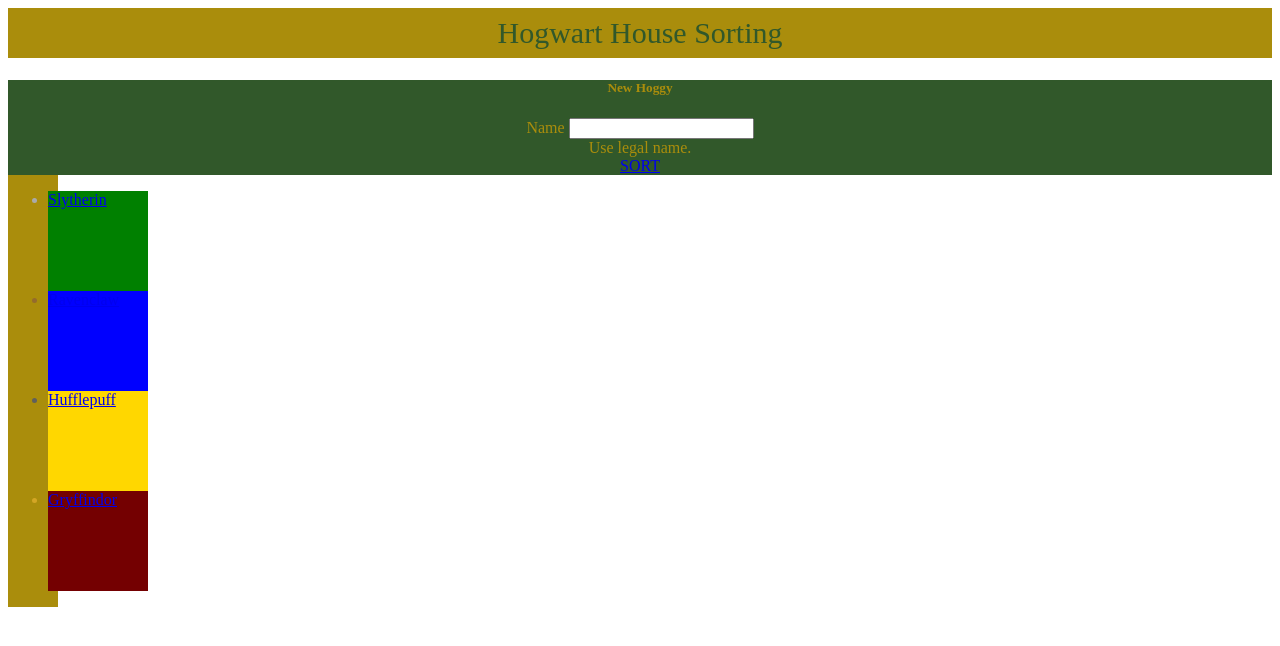
Repository: ZamlZam/INDIVIDUAL-PROJECT-sorting-hat
Page: index.html
An editor plug-in stored every save of this project. The page is shown before and after the next save, followed by the edit.
The browser window is 1280 px wide. The pictures show the whole page.

Above is the page before, as saved 2023-04-29 12:00:33.

### index.html
<!DOCTYPE html>
<html lang="en">
<head>
  <meta charset="UTF-8">
  <meta http-equiv="X-UA-Compatible" content="IE=edge">
  <meta name="viewport" content="width=device-width, initial-scale=1.0">
  <title>Document</title>
  <link rel ="stylesheet" href="main.css">
</head>
<body>

  <div class="card1">
    <div class="card-header">
      Hogwart House Sorting
    </div>
    <div class="card-body">
      <h5 class="card-title">New Hoggy</h5>
      <form>
        <div class="mb-3">
          <label for="exampleInputEmail1" class="form-label">Name</label>
          <input type="Name" class="form-control" id="Name" aria-describedby="Name">
          <div id="Name" class="form-text">Use legal name.</div>
        </div>
      <!-- <p class="card-text">With supporting text below as a natural lead-in to additional content.</p> -->
      <a href="#" class="btn btn-primary">SORT</a>
    </div>

     <!-- Footer with flex-container -->
    <div class="card-footer">
      <div class="flex-container">
      <ul class="Houses">
        <li class="box one">
          <a class="nav-Slytherin" href="#">Slytherin</a>
        </li>
        <li class="box two">
          <a class="nav-Ravenclaw" href="#">Ravenclaw</a>
        </li>
        <li class="box three">
          <a class="nav-Hufflepuff" href="#">Hufflepuff</a>
        </li>
        <li class="box four">
          <a class="nav-Gryffindor" href="#">Gryffindor</a>
        </li>
      </ul>
    </div>


    </div>
  </div>









</body>
</html>

### main.css
.card-header {
  width: 100%;
  height: 50px;
  background: rgb(170, 141, 12);
  color: rgb(49, 88, 42);
  text-align: center;
  align-items: center;
  font-size: 30px;
  display:flex;
  justify-content: center;
  font-weight:500;
}


.card-body {
  background: rgb(49, 88, 42);
  color: rgb(170, 141, 12);
  text-align: center;
  align-items: center;
}

.card-footer{
  width: 100%;
  max-width: 50px;
  background: rgb(170, 141, 12);
  /* align-items: center;
  font-size: 30px;
  flex-direction: row-reverse; */
}

.flex-container{
  display: flex;
}

.box{
  height: 100px;
  width: 100px;
}

.one{
  background-color: green;
  color: #AAAAAA;
}

.two{
  background-color: blue;
  color: #946B2D;
}

.three{
  background-color: gold;
  color: #60605C;
}

.four{
  background-color: #740001;
  color: #D3A625;
}

After the next save:
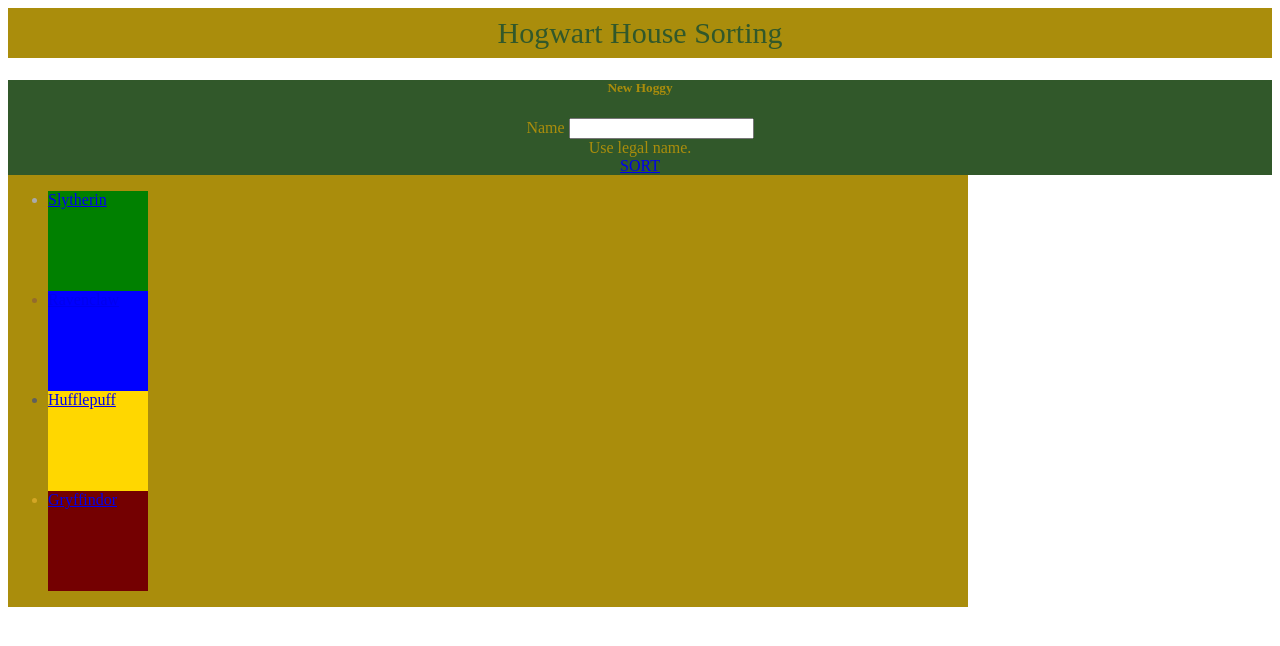
Saved 6 s later.
--- a/main.css
+++ b/main.css
@@ -21,7 +21,7 @@
 
 .card-footer{
   width: 100%;
-  max-width: 50px;
+  max-width: 960px;
   background: rgb(170, 141, 12);
   /* align-items: center;
   font-size: 30px;
